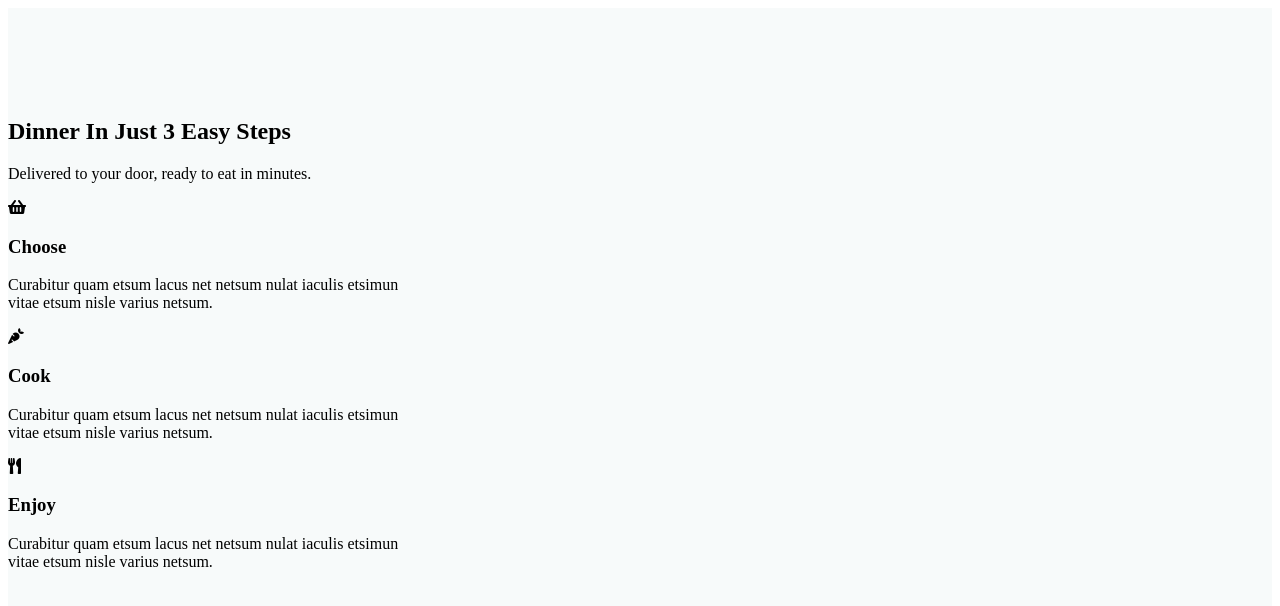
Repository: ST-United-Internship/leadpage
Page: wrapper-UI.html
These files come from the project's save history. The page is drawn as it stood at one moment and after the next save; the edit follows.
The browser window is 1280 px wide. The pictures show the whole page.

Above is the page before, as saved 2023-03-15 14:34:03.

After the next save:
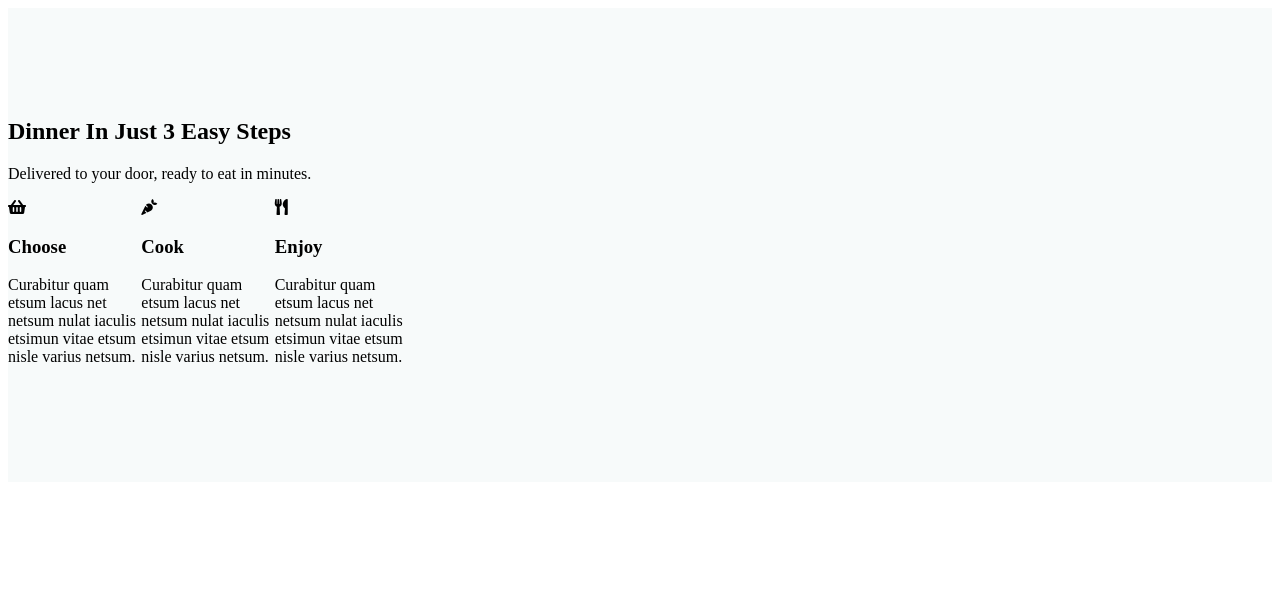
Saved 6 s later.
--- a/css/card-UI.css
+++ b/css/card-UI.css
@@ -9,5 +9,5 @@ section{
 
 .card .columm{
     display: flex;
-    flex-wrap: wrap;
+    /* flex-wrap: wrap; */
 }
